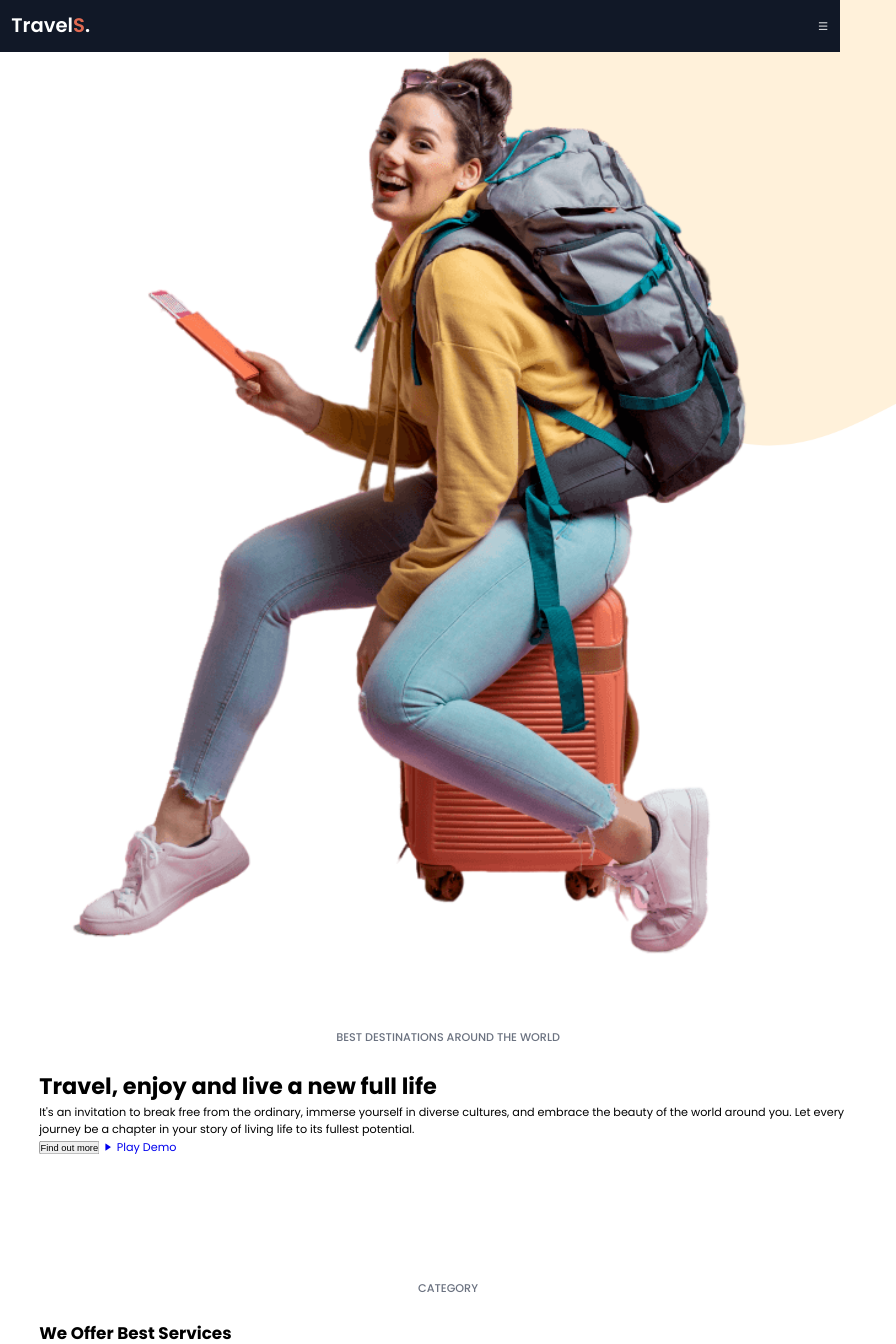
Repository: ntandomagana/travel-website
Page: index.html
The author's editor kept a copy of each file at every save. The page is drawn from the files as they stood at one save, then again after the next save.
The browser window is 1280 px wide. The pictures show the part of the page from y = 0 to 1920 px (the page is 11773 px tall before and 11179 px after), at 70% of full size.

Above is the page before, as saved 2024-05-07 09:29:42.

### index.html
<!DOCTYPE html>
<html lang="en">
  <head>
    <meta charset="UTF-8" />
    <meta name="viewport" content="width=device-width, initial-scale=1.0" />
    <link
      href="https://cdn.jsdelivr.net/npm/remixicon@4.2.0/fonts/remixicon.css"
      rel="stylesheet"
    />
    <link
      rel="stylesheet"
      href="https://cdn.jsdelivr.net/npm/swiper@11/swiper-bundle.min.css"
    />
    <link rel="stylesheet" href="style.css" />
    <title>Travel Website</title>
  </head>
  <body>
    <nav>
      <div class="nav-header">
        <div class="logo">
          <a href="#" class="logo">Travel<span>S</span>.</a>
        </div>
        <div class="nav-menu-btn" id="menu-btn">
          <i class="ri-menu-line"></i>
        </div>
      </div>

      <ul class="nav-links" id="nav-links">
        <li><a href="#home">Home</a></li>
        <li><a href="#service">Services</a></li>
        <li><a href="#destination">Destinations</a></li>
        <li><a href="#trips">Trips</a></li>
        <li><a href="#client">Clients</a></li>
      </ul>
    </nav>

    <header class="section-container header-container" id="home">
      <div class="header-image">
        <img src="assets/header.png" alt="header" />
      </div>
      <div class="header-content">
        <h3 class="section-subheader">BEST DESTINATIONS AROUND THE WORLD</h3>
        <h1>Travel, enjoy and live a new full life</h1>
        <p>
          It's an invitation to break free from the ordinary, immerse yourself
          in diverse cultures, and embrace the beauty of the world around you.
          Let every journey be a chapter in your story of living life to its
          fullest potential.
        </p>
        <div class="header-btns">
          <button class="btn">Find out more</button>
          <a href="#">
            <span><i class="ri-play-fill"></i></span>
            Play Demo
          </a>
        </div>
      </div>
    </header>

    <section class="section-container service-container" id="service">
      <h3 class="section-subheader">CATEGORY</h3>
      <h2 class="section-header">We Offer Best Services</h2>
      <div class="service-grid">
        <div class="service-card">
          <img src="assets/weather.png" alt="service" />
          <h4>Calculated Weather</h4>
          <p>
            Stay ahead of your travels with precise weather forecasts tailored
            to your destination's conditions.
          </p>
        </div>
        <div class="service-card">
          <img src="assets/customisation.png" alt="service" />
          <h4>Customizations</h4>
          <p>
            Tailor your journey with personalized customizations, ensuring every
            detail reflects your unique travel style.
          </p>
        </div>
      </div>
    </section>

    <section class="section-container destination-container" id="destination">
      <h3 class="section-subheader">TOP SELLING</h3>
      <h2 class="section-header">Top Destinations</h2>
      <div class="destination-grid">
        <div class="destination-card">
          <img src="assets/destination-1.jpg" alt="destination" />
          <div class="destination-details">
            <div>
              <h4>Rome, Italy</h4>
              <h4>$5.42k</h4>
            </div>
            <p>
              <span><i class="ri-navigation-fill"></i></span>
              10 days trip
            </p>
          </div>
        </div>
        <div class="destination-card">
          <img src="assets/destination-3.jpg" alt="destination" />
          <div class="destination-details">
            <div>
              <h4>Full Europe</h4>
              <h4>$15k</h4>
            </div>
            <p>
              <span><i class="ri-navigation-fill"></i></span>
              28 Days Trip
            </p>
          </div>
        </div>
      </div>
    </section>

    <section class="section-container trip-container" id="trip">
      <div class="trip-image">
        <img src="assets/trip.png" />
      </div>
      <div class="trip-content">
        <h3 class="section-subheader">EASY & FAST</h3>
        <h2 class="section-header">Book Your Next Trip in 3 Easy Steps</h2>
        <ul class="trip-list">
          <li>
            <span><i class="ri-signpost-line"></i></span>
            <div>
              <h4>Choose Destination</h4>
              <p>
                Choose your dream destination from our curated selection of
                exotic locales, bustling cities, and serene getaways.
              </p>
            </div>
          </li>

          <li>
            <span><i class="ri-secure-payment-line"></i></span>
            <div>
              <h4>Reach Airport on Selected Date</h4>
              <p>
                Prepare for takeoff as you finalize your travel plans, arriving
                at the airport on your selected date ready to embark on your
                next unforgettable journey.
              </p>
            </div>
          </li>
        </ul>
      </div>
    </section>

    <section class="section-container clinet-container" id="client">
      <div class="client-content">
        <h3 class="section-subheader">TESTIMONIALS</h3>
        <h2 class="section-header">What People Say About Us</h2>
      </div>
      <div class="client-swiper">
        <!--Slider main container-->
        <div class="swiper">
          <!--Additional required wrapper-->
          <div class="swiper-wrapper">
            <!--Slides-->
            <div class="swiper-slide">
              <div class="client-card">
                <img src="assets/client-1.jpg" alt="client" />
                <div class="client-card-content">
                  <p>
                    Booking my trips through this platform has been a
                    game-changer! From the intuitive interface to the seamless
                    booking process, I've never felt more excited to explore new
                    destinations.
                  </p>
                  <h4>Emily Watson</h4>
                  <h5>Travel Enthusiast</h5>
                </div>
              </div>
            </div>
            <div class="swiper-slide">
              <div class="client-card">
                <img src="assets/client-2.jpg" alt="client" />
                <div class="client-card-content">
                  <p>
                    As a busy professional, time is of the essence. This website
                    made planning my vacation a breeze, allowing me to focus on
                    what matters most: making memories with my family.
                  </p>
                  <h4>David Nguyen</h4>
                  <h5>Business Executive</h5>
                </div>
              </div>
            </div>

            <div class="swiper-slide">
              <div class="client-card">
                <img src="assets/client-3.jpg" alt="client" />
                <div class="client-card-content">
                  <p>
                    I've been using this service for years, and it never
                    disappoints. The convenience of booking my flights,
                    accommodations, and activities all in one place saves me
                    time and stress every trip.
                  </p>
                  <h4>Michael Johnson</h4>
                  <h5>Frequent Flyer</h5>
                </div>
              </div>
            </div>
          </div>
        </div>
      </div>
    </section>

    <footer class="footer">
      <div class="section-container footer-container">
        <div class="footer-col">
          <div class="footer-logo">
            <a href="#" class="logo">Travel<span>S</span>.</a>
          </div>
          <p>
            Our platform is your passport to seamless adventures, offering a
            curated selection of destinations and a user-friendly booking
            experience.
          </p>
        </div>
        <div class="footer-col">
            <h4>Company</h4>
            <ul class="footer-links">
                <li><a href="#">About</a></li>
                <li><a href="#">Careers</a></li>
                <li><a href="#">Mobile</a></li>
            </ul>
        </div>
        <div class="footer-col">
          <h4>Contact</h4>
          <ul class="footer-links">
            <li><a href="#">Help/FAQ</a></li>
            <li><a href="#">Press</a></li>
            <li><a href="#">Affiliates</a></li>
          </ul>
        </div>
        <div class="footer-col">
          <ul class="footer-socials">
            <li>
              <a href="#"><i class="ri-facebook-fill"></i></a>
            </li>
            <li>
              <a href="#"><i class="ri-instagram-line"></i></a>
            </li>
            <li>
              <a href="#"><i class="ri-twitter-fill"></i></a>
            </li>
          </ul>
          <h5>Discover our app</h5>
          <div class="footer-discover">
            <a href="#"><img src="assets/google-play.jpg" alt="discover" /></a>
            <a href="#"><img src="assets/app-store.jpg" alt="discover" /></a>
          </div>
        </div>
      </div>
      <div class="footer-bar">
        Copyright © 2024 TravelS. All rights reserved.
      </div>
    </footer>

    <script src="https://unpkg.com/scrollreveal"></script>
    <script src="https://cdn.jsdelivr.net/npm/swiper@11/swiper-bundle.min.js"></script>
    <script src="main.js"></script>

      </div>

    </footer>
  </body>
</html>

### style.css
@import url("https://fonts.googleapis.com/css2?family=Poppins:ital,wght@0,100;0,200;0,300;0,400;0,500;0,600;0,700;0,800;0,900;1,100;1,200;1,300;1,400;1,500;1,600;1,700;1,800;1,900&display=swap");

:root {
  --primary-color: #e06951;
  --text-dark: #111827;
  --text-light: #6b7280;
  --white: #ffffff;
  --max-width: 1200px;
}

* {
  padding: 0;
  margin: 0;
  box-sizing: border-box;
}

html,
body {
    scroll-behavior: smooth;
}

body {
    font-family: "Poppins", sans-serif;
    background-image: url(assets/header-bg.png);
    background-size: contain;
    background-position: top center;
    background-repeat: no-repeat;
}

nav {
    position: fixed;
    isolation: isolate;
    width: 100%;
    max-width: var(--max-width);
    margin-inline: auto;
    z-index: 9;
}

.nav-header {
    padding: 1rem;
    width: 100%;
    display: flex;
    align-items: center;
    justify-content: space-between;
    background-color: var(--text-dark);
}

.nav-header .logo  {
    color: var(--white);
}

.nav-menu-btn {
    font-size: 1rem;
    color: var(--white);
    cursor: pointer;
}

.nav-links {
    position: absolute;
    top: 65px;
    left: 0;
    width: 100%;
    list-style: none;
    display: flex;
    align-items: center;
    justify-content: center;
    flex-direction: column;
    gap: 2rem;
    padding: 2rem;
    background-color: var(--text-dark);
    transition: 0.5s;
    z-index: -1;
    transform: translateY(-100%);
}

.nav-links.open {
    transform: translateY(0);
}

.nav-links a {
    font-weight: 500;
    white-space: nowrap;
    color: var(--white);
}

.nav-links a:hover {
    color: var(--primary-color);
}

.header-container {
    display: grid;
    gap: 2rem;
    overflow: hidden;
}

.header-image img {
    max-width: ;
}



.section-container {
  max-width: var(--max-width);
  margin: auto;
  padding: 5rem 1rem;
}

.section-subheader {
  margin-bottom: 1rem;
  font-size: 1rem;
  font-weight: 500;
  line-height: 3.75rem;
  color: var(--text-light);
  text-align: center;
}

.logo {
  font-size: 1.75rem;
  font-weight: 600;
  color: var(--text-dark);
}

.logo span {
  color: var(--primary-color);
}

img {
  display: flex;
  width: 100%;
}

a {
    text-decoration: none;
    transition: 0.4s;
}

ul {
    list-style: none;
}

Loaded but not shown: main.js (no copy from this time; the picture is the same without it)

After the next save:
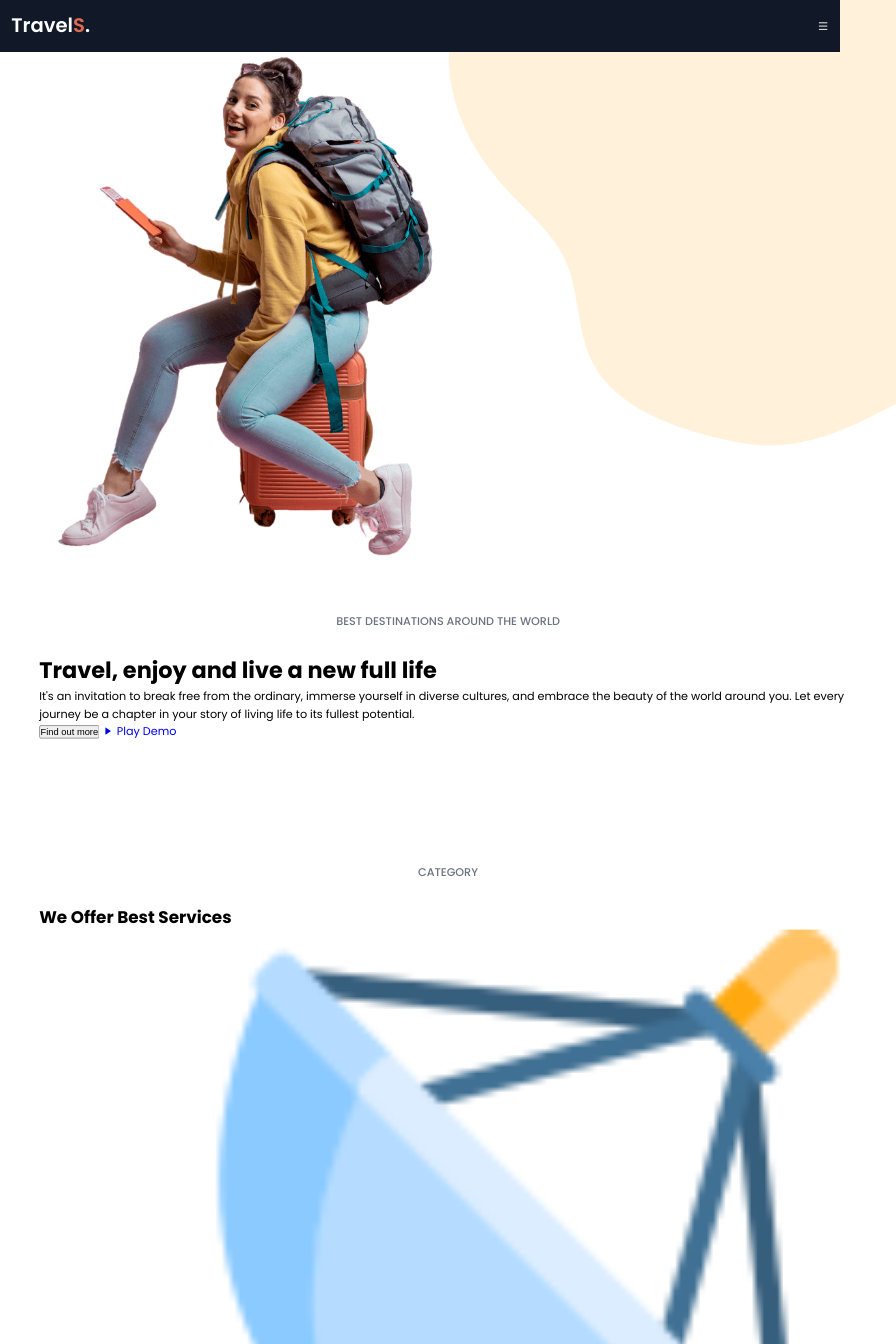
Saved 4 s later.
--- a/style.css
+++ b/style.css
@@ -94,7 +94,7 @@ nav {
 }
 
 .header-image img {
-    max-width: ;
+    max-width: 650px;
 }
 
 
